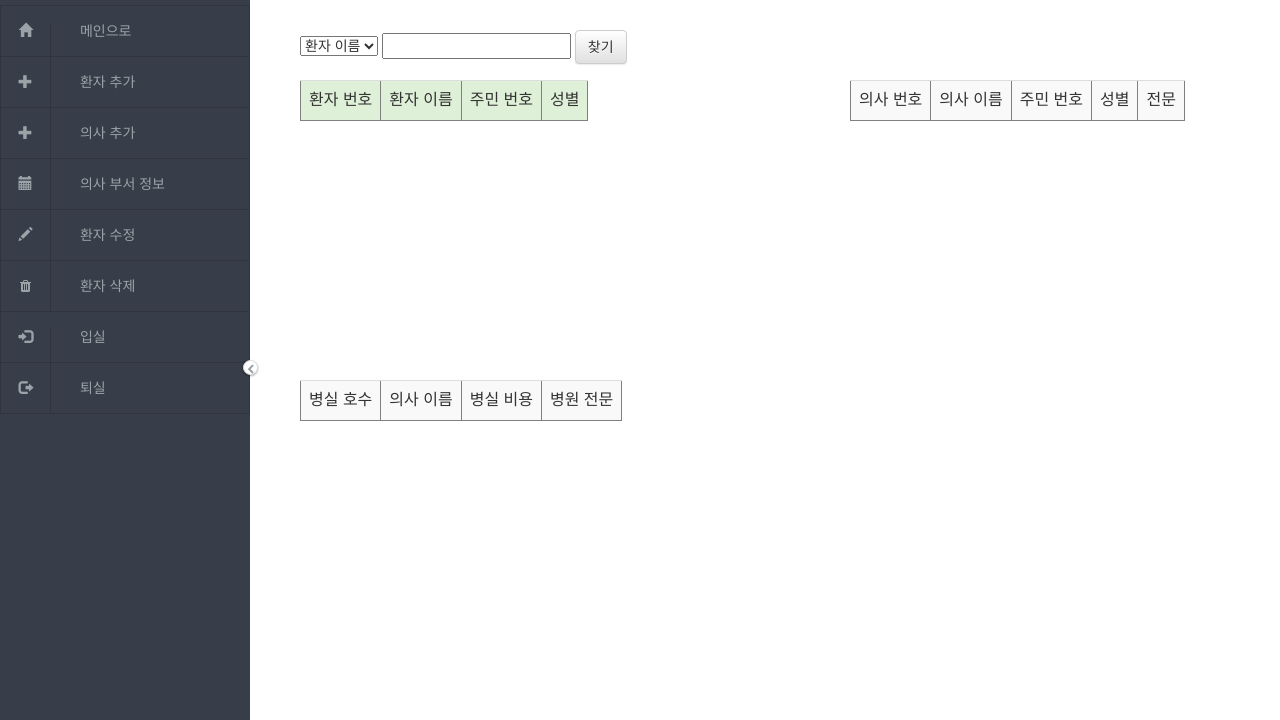
Repository: qaws1134/Hospital_manager
Page: http://localhost/project/main.jsp
These files come from the project's save history. The page is drawn as it stood at one moment and after the next save; the edit follows.
The browser window is 1280 px wide. The pictures show the whole page.
Some web libraries are served in a nearby version. The page is served by Tomcat 9. Other server files are loaded and not shown. The template is opened directly, without the code that normally fills it, so the values that code supplies are empty.

Above is the page before, as saved 2017-12-09 16:34:25.
Console error (its wording comes from the project's code and is left out).

### project/WebContent/main.jsp
<%@ page language="java" contentType="text/html; charset=UTF-8"
    pageEncoding="UTF-8"%>
<%@ taglib uri="http://java.sun.com/jsp/jstl/core" prefix="c" %>

<html lang="kr">
	<head>

	<meta http-equiv="Content-Type" content="text/html" charset="UTF-8">
	<title>http://www.blueb.co.kr</title>
<link rel="stylesheet" href="http://netdna.bootstrapcdn.com/font-awesome/4.3.0/css/font-awesome.min.css">
<!-- 합쳐지고 최소화된 최신 CSS -->
<link rel="stylesheet" href="https://maxcdn.bootstrapcdn.com/bootstrap/3.3.2/css/bootstrap.min.css">
<!-- 부가적인 테마 -->
<link rel="stylesheet" href="https://maxcdn.bootstrapcdn.com/bootstrap/3.3.2/css/bootstrap-theme.min.css">

<!-- 합쳐지고 최소화된 최신 자바스크립트 -->
<script src="https://maxcdn.bootstrapcdn.com/bootstrap/3.3.2/js/bootstrap.min.js"></script>

<style type="text/css">
input[type="checkbox"]#menu_state {
  display: none;
}
input[type="checkbox"]:checked ~ nav {
  width: 250px;
}
input[type="checkbox"]:checked ~ nav label[for="menu_state"] i::before {
  content: "\f053";
}
input[type="checkbox"]:checked ~ nav ul {
  width: 100%;
}
input[type="checkbox"]:checked ~ nav ul li a i {
  border-right: 1px solid #2f343e;
}
input[type="checkbox"]:checked ~ nav ul li a span {
  opacity: 1;
  transition: opacity 0.25s ease-in-out;
}
input[type="checkbox"]:checked ~ main {
  left: 250px;
}
nav {
  position: fixed;
  z-index: 9;
  top: 0;
  left: 0;
  bottom: 0;
  background: #383e49;
  color: #9aa3a8;
  width: 50px;
  font-family: 'Montserrat', sans-serif;
  font-weight: lighter;
  transition: all 0.15s ease-in-out;
}
nav label[for="menu_state"] i {
  cursor: pointer;
  position: absolute;
  top: 50%;
  right: -8px;
  box-shadow: 0 1px 3px rgba(0,0,0,0.12), 0 1px 2px rgba(0,0,0,0.24);
  background: #fff;
  font-size: 10px;
  display: flex;
  justify-content: center;
  align-items: center;
  height: 15px;
  width: 15px;
  border-radius: 50%;
  border: 1px solid #ddd;
  transition: width 0.15s ease-in-out;
  z-index: 1;
}
nav label[for="menu_state"] i::before {
  margin-top: 2px;
  content: "\f054";
}
nav label[for="menu_state"] i:hover {
  box-shadow: 0 10px 20px rgba(0,0,0,0.19), 0 6px 6px rgba(0,0,0,0.23);
}
nav ul {
  overflow: hidden;
  display: block;
  width: 50px;
  list-style-type: none;
  padding: 0;
  margin: 0;
}
nav ul li {
  border: 1px solid #2f343e;
  position: relative;
}
nav ul li.unread:after {
  content: attr(data-content);
  position: absolute;
  top: 10px;
  left: 25px;
  display: flex;
  justify-content: center;
  align-items: center;
  width: 15px;
  height: 15px;
  border-radius: 50%;
  color: #fff;
  background: #ef5952;
  font-size: 8px;
}
nav ul li:not(:last-child) {
  border-bottom: none;
}
nav ul li.active a {
  background: #4c515d;
  color: #fff;
}
nav ul li a {
  position: relative;
  display: block;
  white-space: nowrap;
  text-decoration: none;
  color: #9aa3a8;
  height: 50px;
  width: 100%;
  transition: all 0.15s ease-in-out;
}
nav ul li a:hover {
  background: #4c515d;
  color: #fff;
}
nav ul li a * {
  height: 100%;
  display: inline-block;
}
nav ul li a i {
  text-align: center;
  width: 50px;
  z-index: 999999;
}
nav ul li a i.fa {
  line-height: 50px;
}
nav ul li a span {
  padding-left: 25px;
  opacity: 0;
  line-height: 50px;
  transition: opacity 0.1s ease-in-out;


}

</style>
</head>

<body>
<input type="checkbox" id="menu_state" checked>
<nav>
	<label for="menu_state"><i class="fa"></i></label>
	<ul>
    <li>
      <a href="main.do">
        <i class="glyphicon glyphicon-home"></i>
        <span>메인으로</span>   <!--환자 대기 목록,병실 목록 및 현황-->
      </a>
    </li>
		<li>
			<a href="P_addui.do">
				<i class="glyphicon glyphicon-plus"></i>
				<span>환자 추가</span>
			</a>
		</li>
		<li>
			<a href="D_addui.do">
				<i class="glyphicon glyphicon-plus"></i>
				<span>의사 추가</span>
			</a>
		</li>

		<li>
			<a href="D_clsif.do">
				<i class="glyphicon glyphicon-calendar"></i>
				<span>의사 부서 정보</span>
			</a>
		</li>

		<li>
			<a href="cristal.do">
				<i class="glyphicon glyphicon-pencil"></i>
				<span>환자 수정</span>
			</a>
		</li>
		<li>
			<a href="delsel.do">
				<i class="fa fa-trash"></i>
				<span>환자 삭제</span>
			</a>
		</li>
      <li>
      <a href="insel.do">
        <i class="glyphicon glyphicon-log-in"></i>
        <span>입실</span>
      </a>
    </li>
        <li>
      <a href="javascript:void(0)">
        <i class="glyphicon glyphicon-log-out"></i>
        <span>퇴실</span>
      </a>
    </li>
	</ul>
</nav>
<section style="position:absolute; top:30px;left:300px">
<form action="search.do">
	<select name ="searchName"size ="1">
		<option value="p_name">환자 이름</option>
		<option value="d_name">의사 이름</option>
		<option value="d_cls">병원 종류</option>
	</select>
	<input type="text" name="searchValue">
	<input type="submit" class="btn btn-default" value="찾기">
</form>
</section>

<!-- 환자 정보	 -->
<section style="position:absolute; top:80px;left:300px">
      <table border="1" class="table table-striped">
      	<tr  class="success">
      		<td>환자 번호</td>
      		<td>환자 이름</td>
      		<td>주민 번호</td>
      		<td>성별</td>
      	</tr>

      	<c:forEach items="${P_list}" var="dto">
	      	<tr>
	      		<td>${dto.p_NUM}</td>
	      		<td>${dto.p_NAME}</td>
	      		<td>${dto.p_PERNUM}</td>
	      		<td>${dto.p_GENDER }</td>
	      	</tr>
		</c:forEach>
      </table>
</section>
<!-- 의사 정보 -->
<section style="position:absolute; top:80px;left:850px">
     <table border="1" class="table table-striped">
      	<tr>
      		<td>의사 번호</td>
      		<td>의사 이름</td>
      		<td>주민 번호</td>
      		<td>성별</td>
      		<td>전문</td>
      	</tr>


      	<c:forEach items="${D_list}" var="dto">
	      	<tr>
	      		<td>${dto.d_NUM}</td>
	      		<td>${dto.d_NAME}</td>
	      		<td>${dto.d_PERNUM}</td>
	      		<td>${dto.d_GENDER }</td>
	      		<td>${dto.d_CLS}</td>
	      	</tr>
		</c:forEach>
      </table>
</section>

<!-- 병실 정보 -->
<section style="position:absolute; top:380px;left:300px">
      <table border="1" class="table table-striped">
      	<tr>
      		<td>병실 호수</td>
      		<td>의사 이름</td>
      		<td>병실 비용</td>
  			<td>병원 전문</td>


      	</tr>

      	<c:forEach items="${D_inshow}" var="dto">
	      	<tr>
	      		<td>${dto.h_NUM}호</td>
	      		<td>${dto.d_NAME}</td>
	      		<td>${dto.h_COST}</td>
	      		<td>${dto.d_CLS}</td>
	      	</tr>
		</c:forEach>
      </table>
</section>

<!--
<section style="position:absolute; top:400px;left:300px">
     <table border="1">
		<tr>
      	<c:forEach items="${D_list}" var="dto">
	      		<td>${dto.d_NUM}</td>
	      		<td>${dto.d_NAME}</td>
	      		<td>${dto.d_PERNUM}</td>
	      		<td>${dto.d_GENDER }</td>
	      		<td>${dto.d_CLS}</td>
		</c:forEach>
		</tr>
		<tr>
      	<c:forEach items="${D_list}" var="dto">
	      		<td>${dto.d_NUM}</td>
	      		<td>${dto.d_NAME}</td>
	      		<td>${dto.d_PERNUM}</td>
	      		<td>${dto.d_GENDER }</td>
	      		<td>${dto.d_CLS}</td>
		</c:forEach>
		</tr>
		<tr>
      	<c:forEach items="${D_list}" var="dto">
	      		<td>${dto.d_NUM}</td>
	      		<td>${dto.d_NAME}</td>
	      		<td>${dto.d_PERNUM}</td>
	      		<td>${dto.d_GENDER }</td>
	      		<td>${dto.d_CLS}</td>
		</c:forEach>
		</tr>
      </table>
</section>
-->



</body>
</html>

After the next save:
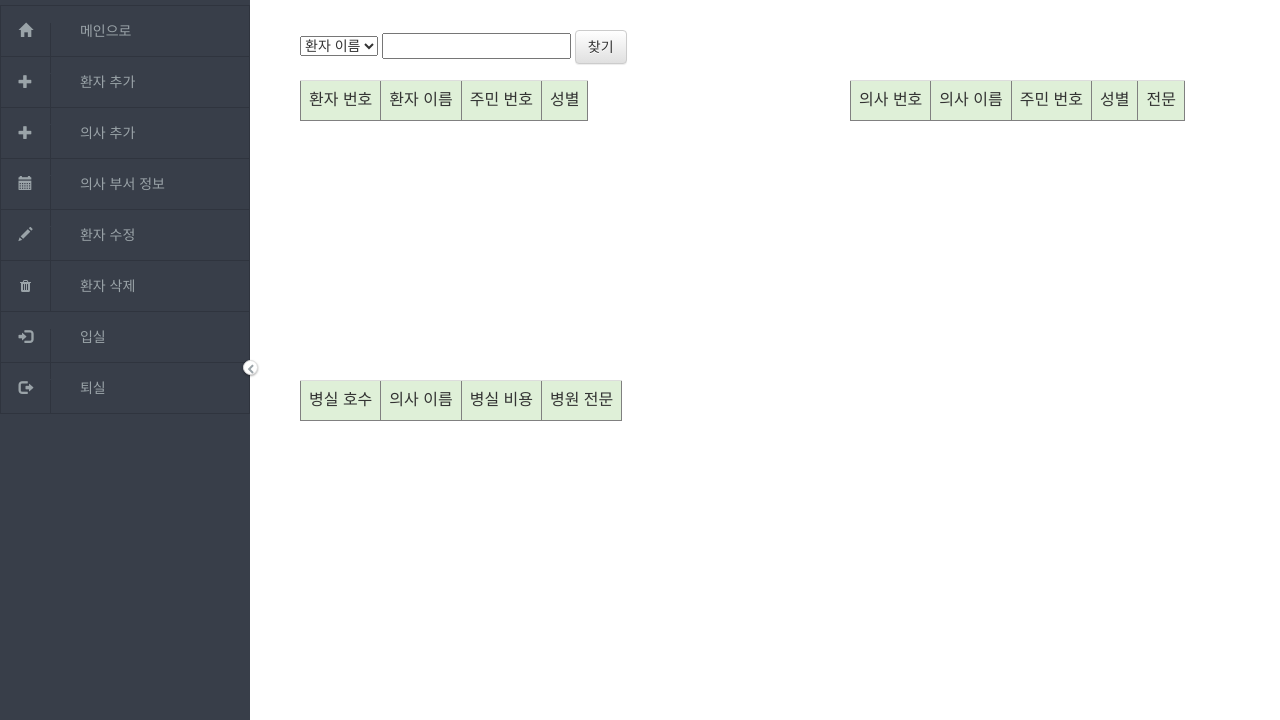
Saved 24 s later.
--- a/project/WebContent/main.jsp
+++ b/project/WebContent/main.jsp
@@ -241,7 +241,7 @@ nav ul li a span {
 <!-- 의사 정보 -->
 <section style="position:absolute; top:80px;left:850px">
      <table border="1" class="table table-striped">
-      	<tr>
+      	<tr  class="success">
       		<td>의사 번호</td>
       		<td>의사 이름</td>
       		<td>주민 번호</td>
@@ -265,7 +265,7 @@ nav ul li a span {
 <!-- 병실 정보 -->
 <section style="position:absolute; top:380px;left:300px">
       <table border="1" class="table table-striped">
-      	<tr>
+      	<tr  class="success">
       		<td>병실 호수</td>
       		<td>의사 이름</td>
       		<td>병실 비용</td>
